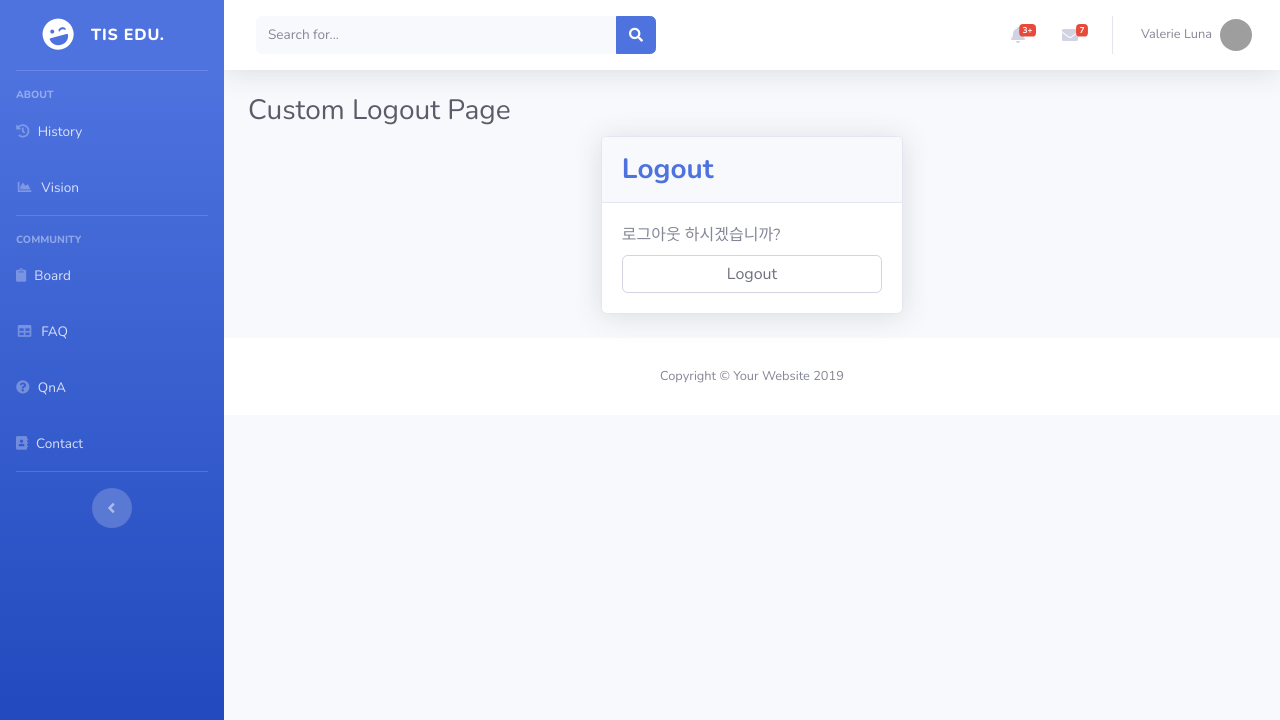
Repository: dkfagh/Spring_WS_2019
Page: http://localhost/ex02/WEB-INF/views/customLogout.jsp
The author's editor kept a copy of each file at every save. The page is drawn from the files as they stood at one save, then again after the next save.
The browser window is 1280 px wide. The pictures show the whole page.
Pictures or frames that could not be fetched are drawn as grey boxes. The page is served by Tomcat 9. Nobody is signed in. The template is opened directly, without the code that normally fills it, so the values that code supplies are empty.

Above is the page before, as saved 2020-01-15 02:38:29.

After the next save:
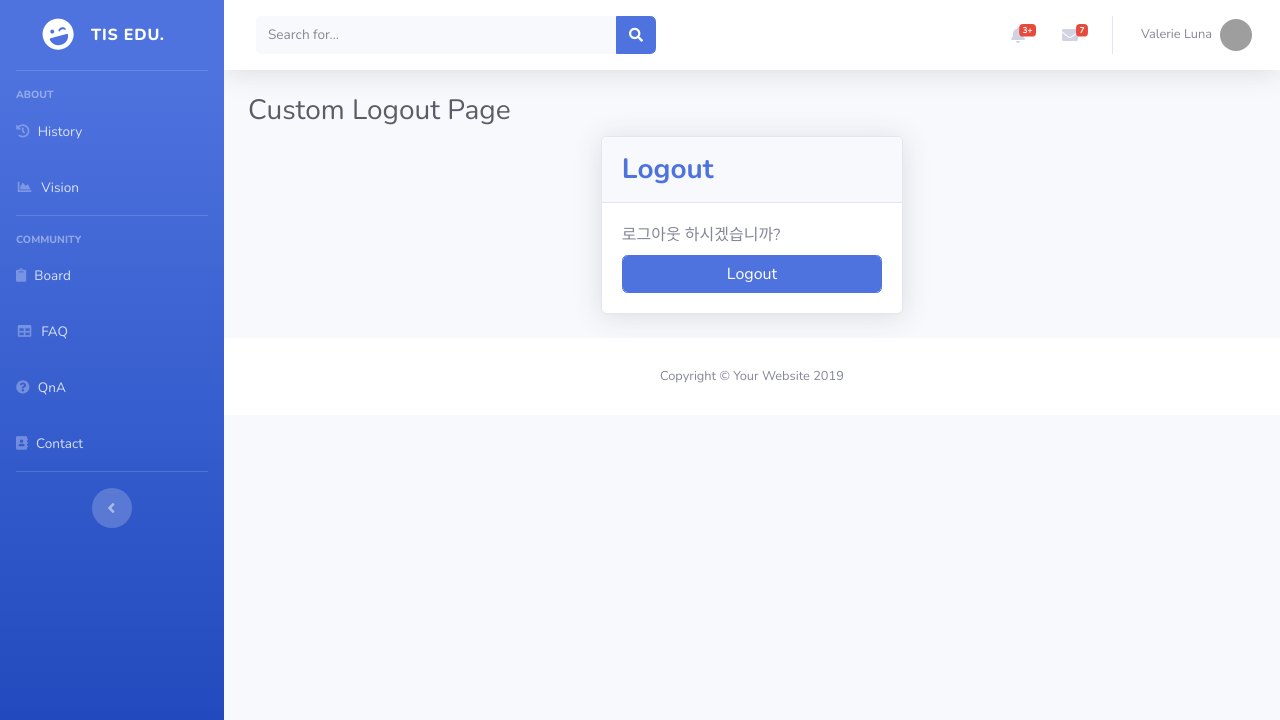
Saved 45 s later.
--- a/ex02/src/main/webapp/WEB-INF/views/customLogout.jsp
+++ b/ex02/src/main/webapp/WEB-INF/views/customLogout.jsp
@@ -21,7 +21,7 @@
 				<form action="/customLogout" method="post">
 					<label>로그아웃 하시겠습니까?</label>
 					<input type="hidden" name="${_csrf.parameterName }" value="${_csrf.token }" />
-					<button class="form-control" >Logout</button>
+					<button class="form-control btn btn-primary" >Logout</button>
 				</form>
 
 			<!-- end card-body -->
